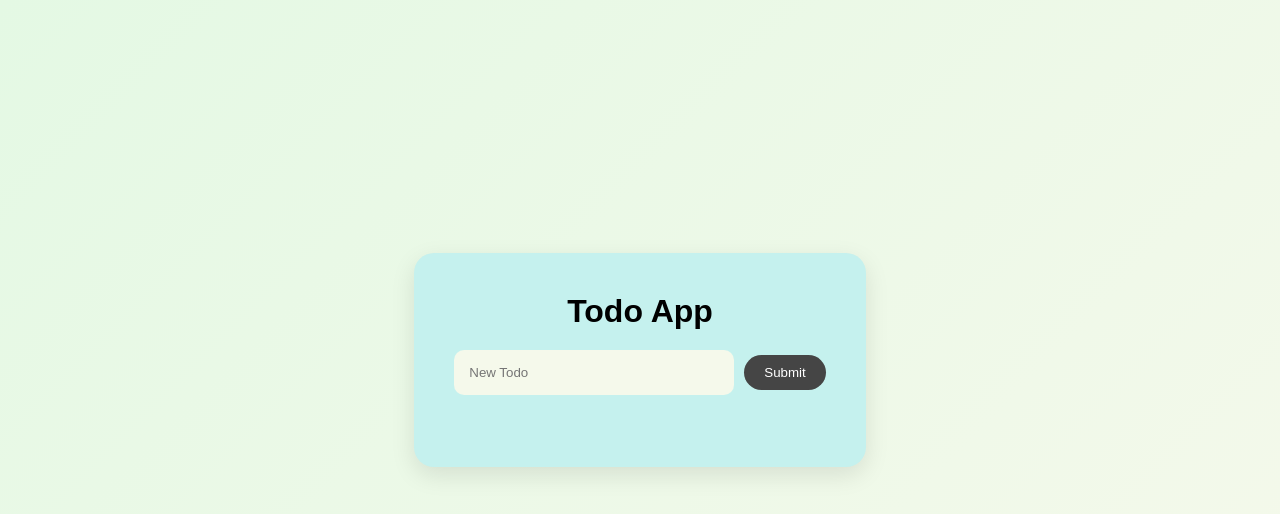
Repository: Subhadeep2609/Todo_React
Page: /
The author's editor kept a copy of each file at every save. The page is drawn from the files as they stood at one save, then again after a run of saves.
The browser window is 1280 px wide. The pictures show the whole page.
The project was rebuilt for these pictures with package versions that can differ from the ones it lists, and the page was loaded fresh each time. Also part of the build but not shown: vite.config.js.

Above is the page before, as saved 2025-09-04 13:48:19.

### src/index.css
/* Reset */
* {
  padding: 0;
  margin: 0;
  box-sizing: border-box;
}

body {
  background: linear-gradient(135deg, #e4f9e4, #f5f9eb);
  height: 100vh;
  display: flex;
  justify-content: center;
  align-items: center;
  font-family: "Poppins", sans-serif;
}
.heading{
  /* font-size:20px; */
  text-align: center;
  margin-bottom: 20px;
}
/* Container */
.container {
  background: #c5f1ee;
  padding: 40px;
  border-radius: 20px;
  box-shadow: 0 8px 25px rgba(0, 0, 0, 0.1);
  min-width: 400px;
  transition: transform 0.3s ease;
}

.container:hover {
  transform: translateY(-5px);
}

/* Input */
input {
  padding: 15px;
  border: none;
  outline: none;
  background: #f5f9eb;
  width: 280px;
  margin-right: 10px;
  border-radius: 10px;
  transition: box-shadow 0.3s ease;
}

input:focus {
  box-shadow: 0 0 8px rgba(0, 150, 136, 0.4);
}

/* Button */
button {
  border-radius: 100px;
  background: #454545;
  padding: 10px 20px;
  outline: none;
  border: none;
  color: #fff;
  cursor: pointer;
  font-weight: 500;
  transition: all 0.3s ease;
}

button:hover {
  background: #2e7d32;
  transform: scale(1.05);
}

/* Todos List */
.todos-list {
  margin-top: 2rem;
  animation: fadeIn 0.6s ease-in-out;
}

/* Todo Item */
.todo {
  list-style: none;
  display: flex;
  justify-content: space-between;
  align-items: center;
  background: #f5f9eb;
  padding: 12px 20px;
  margin: 10px 0;
  border-radius: 12px;
  box-shadow: 0 4px 12px rgba(0, 0, 0, 0.05);
  animation: slideIn 0.4s ease forwards;
  opacity: 0;
}

/* Appear animation */
@keyframes slideIn {
  from {
    transform: translateY(15px);
    opacity: 0;
  }
  to {
    transform: translateY(0);
    opacity: 1;
  }
}

/* Fade in */
@keyframes fadeIn {
  from {
    opacity: 0;
  }
  to {
    opacity: 1;
  }
}

/* Close button */
.close {
  padding: 6px 12px;
  cursor: pointer;
  border-radius: 50%;
  background: #ff5252;
  color: white;
  border: none;
  transition: all 0.3s ease;
}

.close:hover {
  background: #d32f2f;
  transform: rotate(90deg);
}

### src/App.jsx
import Todo from "./components/Todo"


function App() {


  return (
    <div>
      <Todo/>
    </div>
  )
}

export default App

### src/components/Todo.jsx
import { useState } from "react";
import "../index.css";

const Todo = () => {
  const [todos, setTodos] = useState([]);
  const [input, setInput] = useState("");

  const handleSubmit = () => {
    if (!input.trim()) return; // prevent empty todo

    setTodos((prev) => [
      ...prev,
      { text: input, id: Date.now() }, // unique id
    ]);
    setInput("");
  };

  const removeTodo = (id) =>
    setTodos((prev) => prev.filter((t) => t.id !== id));

  const handleKeyDown = (e) => {
    if (e.key === "Enter") handleSubmit();
  };

  return (

    <div className="container">
        <h1 className="heading">Todo App</h1>
      <input
        type="text"
        placeholder="New Todo"
        value={input}
        onChange={(e) => setInput(e.target.value)}
        onKeyDown={handleKeyDown}
      />

      <button type="button" onClick={handleSubmit}>
        Submit
      </button>

      <ul className="todos-list">
        {todos.map(({ text, id }) => (
          <li className="todo" key={id}>
            <span>{text}</span>
            <button
              type="button"
              className="close"
              onClick={() => removeTodo(id)}
            >
              X
            </button>
          </li>
        ))}
      </ul>
    </div>
  );
};

export default Todo;

Loaded but not shown: index.html (common file); src/main.jsx (common file)

After the next 2 saves:
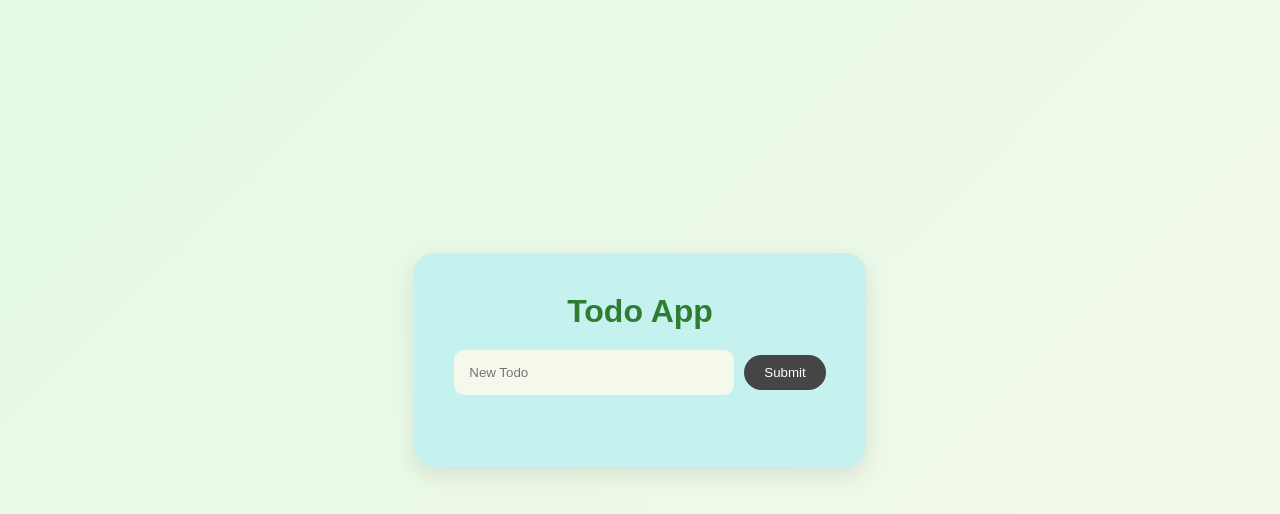
The 2 saves are shown as one change because they came seconds apart.
The last was saved 11 s later.
--- a/src/index.css
+++ b/src/index.css
@@ -17,6 +17,7 @@ body {
   /* font-size:20px; */
   text-align: center;
   margin-bottom: 20px;
+  color:#2e7d32
 }
 /* Container */
 .container {
